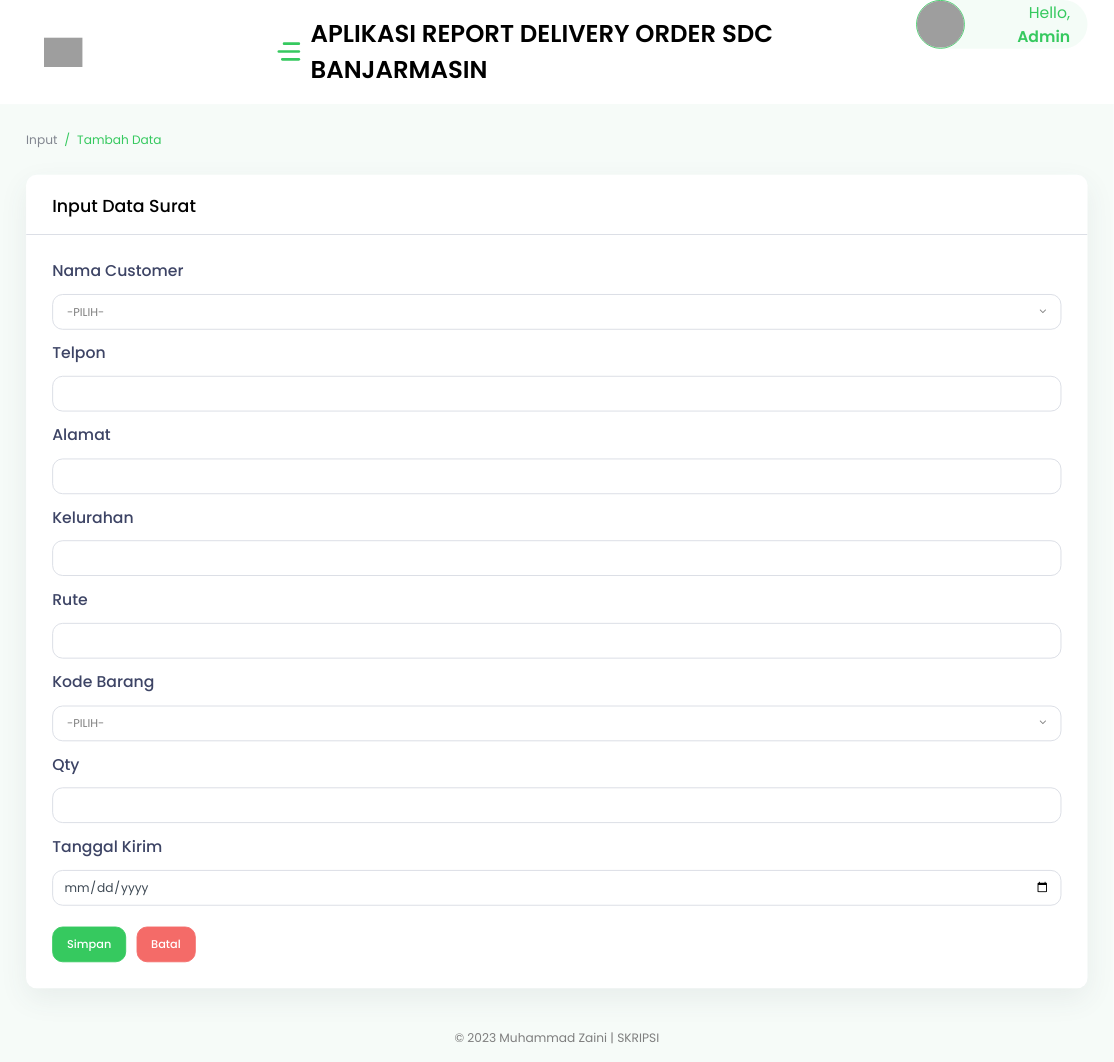
Repository: muhammadzainiy31/skripsi
Page: http://localhost/surat/input.php
These files come from the project's save history. The page is drawn as it stood at one moment and after the next save; the edit follows.
The browser window is 1280 px wide. The pictures show the whole page, at 87% of full size.
Pictures or frames that could not be fetched are drawn as grey boxes. The page is run by PHP 8.4 with error messages shown; the project is at /var/www/html/. Other server files are loaded and not shown. The database holds what the project's SQL file puts in it.

Above is the page before, as saved 2023-07-02 11:39:44.
Console error: SyntaxError: Unexpected token '<'

### surat/input.php
<!DOCTYPE html>
<html lang="en">

<head>
    <meta charset="utf-8">
    <meta http-equiv="X-UA-Compatible" content="IE=edge">
    <meta name="viewport" content="width=device-width,initial-scale=1">
    <title>APPLIKASI REPORT DELIVERY ORDER | INPUT DATA</title>
    <!-- Favicon icon -->
    <link rel="icon" type="image/png" sizes="16x16" href="../images/2.png">
    <!-- Custom Stylesheet -->
    <link href="../vendor/bootstrap-select/dist/css/bootstrap-select.min.css" rel="stylesheet">
    <link href="../css/style.css" rel="stylesheet">
</head>

<body>
    <!-- Preloader start -->
    <div id="preloader">
        <div class="sk-three-bounce">
            <div class="sk-child sk-bounce1"></div>
            <div class="sk-child sk-bounce2"></div>
            <div class="sk-child sk-bounce3"></div>
        </div>
    </div>
    <!-- Preloader end -->

    <!-- Main wrapper start -->
    <div id="main-wrapper">
        <?php include "../theme-header.php"; ?>
        <?php include "../theme-sidebar.php"; ?>

        <!-- Content body start -->
        <div class="content-body">
            <div class="container-fluid">
                <div class="page-titles">
                    <ol class="breadcrumb">
                        <li class="breadcrumb-item"><a href="index.php">Input</a></li>
                        <li class="breadcrumb-item active"><a href="javascript:void(0)">Tambah Data</a></li>
                    </ol>
                </div>
                <!-- row -->
                <div class="row">
                    <div class="col-xl-12 col-lg-12">
                        <div class="card">
                            <div class="card-header">
                                <h4 class="card-title">Input Data Surat</h4>
                            </div>
                            <div class="card-body">
                                <div class="basic-form">
                                    <form method="POST" action="" enctype="multipart/form-data">
                                        <div class="form-group">
                                            <h4><label for="nm_cust">Nama Customer</label></h4>
                                            <select name="nm_cust" id="nm_cust" class="form-control" required>
                                                <option value="">-PILIH-</option>
                                                <?php
                                                include "../koneksi.php";
                                                $ambilData = mysqli_query($conn, "SELECT * FROM tb_customer") or die(mysqli_error($conn));
                                                while ($hasil = mysqli_fetch_array($ambilData)) {
                                                    echo '<option value="' . $hasil['nama_cust'] . '">' . $hasil['nama_cust'] . '</option>';
                                                }
                                                ?>
                                            </select>
                                        </div>

                                        <div class="form-group">
                                            <h4><label for="no_telpon">Telpon</label></h4>
                                            <input type="text" class="form-control input-default" name="no_telpon" id="no_telpon" readonly>
                                        </div>

                                        <script>
                                            // Fungsi untuk melakukan autofill pada no_telpon dan alamat_cust
                                            function autofill() {
                                                var nm_cust = document.getElementById("nm_cust").value;
                                                <?php
                                                $ambilData = mysqli_query($conn, "SELECT * FROM tb_customer") or die(mysqli_error($conn));
                                                while ($hasil = mysqli_fetch_array($ambilData)) {
                                                    echo "if (nm_cust === '" . $hasil['nama_cust'] . "') {";
                                                    echo "document.getElementById('no_telpon').value = '" . $hasil['no_telpon'] . "';";
                                                    echo "document.getElementById('alamat_cust').value = '" . $hasil['alamat_cust'] . "';";
                                                    echo "document.getElementById('kelurahan').value = '" . $hasil['kelurahan'] . "';";
                                                    echo "document.getElementById('rute').value = '" . $hasil['rute'] . "';";
                                                    echo "}";
                                                }
                                                ?>
                                            }

                                            // Panggil fungsi autofill saat combo box berubah
                                            document.getElementById("nm_cust").addEventListener("change", autofill);
                                        </script>

                                        <div class="form-group">
                                            <h4><label for="alamat_cust">Alamat</label></h4>
                                            <input type="text" class="form-control input-default" name="alamat_cust" id="alamat_cust" readonly>
                                        </div>

                                        <div class="form-group">
                                            <h4><label for="kelurahan">Kelurahan</label></h4>
                                            <input type="text" class="form-control input-default" name="kelurahan" id="kelurahan" readonly>
                                        </div>

                                        <div class="form-group">
                                            <h4><label for="rute">Rute</label></h4>
                                            <input type="text" class="form-control input-default" name="rute" id="rute" readonly>
                                        </div>

                                        <div class="form-group">
    <h4><label for="kode">Kode Barang</label></h4>
    <select name="kode" id="kode" class="form-control" required>
        <option value="">-PILIH-</option>
        <?php
        $ambilData = mysqli_query($conn, "SELECT * FROM tb_barang") or die(mysqli_error($conn));
        while ($hasil = mysqli_fetch_array($ambilData)) {
            echo '<option value="' . $hasil['kode'] . '">' . $hasil['kode'] . ' - ' . $hasil['nama_brg'] . '</option>';
        }
        ?>
    </select>
</div>

<script>
    // Fungsi untuk melakukan autofill pada nmbrg
    function autofillBrg() {
        var kode_brg = document.getElementById("kode").value;
        <?php
        $ambilData = mysqli_query($conn, "SELECT * FROM tb_barang") or die(mysqli_error($conn));
        while ($hasil = mysqli_fetch_array($ambilData)) {
            echo "if (kode_brg === '" . $hasil['kode'] . "') {";
            echo "document.getElementById('nmbrg').value = '" . $hasil['nama_brg'] . "';";
            echo "}";
        }
        ?>
    }

    // Panggil fungsi autofill saat combo box berubah
    document.getElementById("kode").addEventListener("change", autofillBrg);
</script>


                                        <div class="form-group">
                                            <h4><label for="qty">Qty</label></h4>
                                            <input type="number" class="form-control input-default" name="qty" id="qty" min="1" required>
                                        </div>

                                        <div class="form-group">
                                            <h4><label for="tanggal_kirim">Tanggal Kirim</label></h4>
                                            <input type="date" class="form-control input-default" name="tanggal_kirim" placeholder="Masukkan Tanggal Kirim">
                                        </div>

                                        <div class="mt-4"></div>
                                        <button class="btn btn-primary mr-2" name="simpan">Simpan</button>
                                        <a href="index.php" class="btn btn-danger">Batal</a>
                                    </form>
                                </div>
                            </div>
                        </div>
                    </div>
                </div>
            </div>
        </div>
        <!-- Content body end -->

        <?php include "../theme-footer.php"; ?>
    </div>
    <!-- Main wrapper end -->

    <!-- Scripts -->
    <!-- Required vendors -->
    <script src="../vendor/global/global.min.js"></script>
    <script src="../vendor/bootstrap-select/dist/js/bootstrap-select.min.js"></script>
    <script src="../js/custom.min.js"></script>
    <script src="../js/deznav-init.js"></script>
</body>

</html>

<?php
include "../koneksi.php";
if (isset($_POST['simpan'])) {
    $id_surat = $_POST['id_surat'];
    $nm_cust = $_POST['nm_cust'];
    $no_telpon = $_POST['no_telpon'];
    $alamat_cust = $_POST['alamat_cust'];
    $kelurahan = $_POST['kelurahan'];
    $rute = $_POST['rute'];
    $input = "INSERT INTO tb_surat (id_surat, nm_cust, no_telpon, alamat_cust, kelurahan, rute) VALUES ('$id_surat, $nm_cust', '$no_telpon', '$alamat_cust', '$kelurahan', '$rute')";

    echo "<div align='center'><h5> Silahkan Tunggu, Data Sedang Disimpan....</h5></div>";
    echo "<meta http-equiv='refresh' content='1;url=http://localhost/RDO/surat/index.php'>";
}
?>

### theme-header.php
<!--**********************************
    Nav header start
***********************************-->
<div class="nav-header">
    <a href="index.html" class="brand-logo">
        <img class="logo-abbr" src="../images/2.png" alt="">
    </a>

    <div class="nav-control">
        <div class="hamburger">
            <span class="line"></span><span class="line"></span><span class="line"></span>
        </div>
    </div>
</div>

<!--**********************************
    Header start
***********************************-->
<div class="header">
    <div class="header-content">
        <nav class="navbar navbar-expand">
            <div class="collapse navbar-collapse justify-content-between">
                <div class="header-left">
                    <div class="dashboard_bar">
                        APLIKASI REPORT DELIVERY ORDER SDC BANJARMASIN
                    </div>
                </div>
                <div class="header-right">
                    <ul class="navbar-nav">
                        <li class="nav-item dropdown header-profile">
                            <a class="nav-link" href="javascript:;" role="button" data-toggle="dropdown">
                                <img src="../images/profile/12.png" width="100" alt="">
                                <div class="header-info">
                                    <span>Hello, <strong>Admin</strong></span>
                                </div>
                            </a>
                            <div class="dropdown-menu dropdown-menu-right">
                                <a href="../app-profile.html" class="dropdown-item ai-icon">
                                    <svg id="icon-user1" xmlns="http://www.w3.org/2000/svg" class="text-primary" width="18" height="18" viewBox="0 0 24 24" fill="none" stroke="currentColor" stroke-width="2" stroke-linecap="round" stroke-linejoin="round">
                                        <path d="M20 21v-2a4 4 0 0 0-4-4H8a4 4 0 0 0-4 4v2"></path>
                                        <circle cx="12" cy="7" r="4"></circle>
                                    </svg>
                                    <span class="ml-2">Profile</span>
                                </a>
                                <a href="../index.php" class="dropdown-item ai-icon">
                                    <svg id="icon-logout" xmlns="http://www.w3.org/2000/svg" class="text-danger" width="18" height="18" viewBox="0 0 24 24" fill="none" stroke="currentColor" stroke-width="2" stroke-linecap="round" stroke-linejoin="round">
                                        <path d="M9 21H5a2 2 0 0 1-2-2V5a2 2 0 0 1 2-2h4"></path>
                                        <polyline points="16 17 21 12 16 7"></polyline>
                                        <line x1="21" y1="12" x2="9" y2="12"></line>
                                    </svg>
                                    <span class="ml-2">Logout</span>
                                </a>
                            </div>
                        </li>
                    </ul>
                </div>
            </div>
        </nav>
    </div>
</div>
<!--**********************************
    Header end
***********************************-->

### theme-sidebar.php
<!--**********************************
    Sidebar start
***********************************-->
<div class="deznav">
    <div class="deznav-scroll">
        <ul class="metismenu" id="menu">
            <li>
                <a class="has-arrow ai-icon" href="javascript:void()" aria-expanded="false">
                    <i class="flaticon-381-network"></i>
                    <span class="nav-text">DATA</span>
                </a>
                <ul aria-expanded="false">
                    <li><a href="../rdo/index.php">RDO</a></li>
                    <li><a href="../surat/index.php">Surat</a></li>
                    <li><a href="../pengiriman/index.php">Pengiriman</a></li>
                    <li><a href="../customer/index.php">Customer</a></li>
                    <li><a href="../barang/index.php">Barang</a></li>
                    <li><a href="../driver/index.php">Driver</a></li>
                    <li><a href="../armada/index.php">Armada</a></li>
                </ul>
            </li>
            <li>
                <a class="has-arrow ai-icon" href="javascript:void()" aria-expanded="false">
                    <i class="flaticon-381-notepad"></i>
                    <span class="nav-text">INPUT</span>
                </a>
                <ul aria-expanded="false">
                    <li><a href="../surat/input.php">Surat</a></li>
                    <li><a href="../customer/input.php">Customer</a></li>
                    <li><a href="../barang/input.php">Barang</a></li>
                    <li><a href="../driver/input.php">Driver</a></li>
                    <li><a href="../armada/input.php">Armada</a></li>
                    <li><a href="../lap_riw_servis_mobil/input.php">Servis Armada</a></li>
                </ul>
            </li>
            <li><li>
    <a class="has-arrow ai-icon" href="javascript:void()" aria-expanded="false">
        <i class="flaticon-381-network"></i>
        <span class="nav-text">LAPORAN</span>
    </a>
    <ul aria-expanded="false">
        <li><a href="../pengiriman/index.php">Pengiriman</a></li>
        <li><a href="../lap_surat_jalan/index.php">Surat Jalan</a></li>
        <li><a href="../lap_barang_laris/index.php">Barang Terlaris</a></li>
        <li><a href="../lap_minim_barang_stok/index.php">Barang Minim stok</a></li>
        <li><a href="../lap_berlaku_sim/index.php">Berlaku SIM Driver</a></li>
        <li><a href="../lap_cust_berdasarkan_wil/index.php">Customer berdasarkan Wilayah</a></li>
        <li><a href="../lap_cust_royal/index.php">Customer Paling Royal</a></li>
        <li><a href="../lap_jarak_tempuh/index.php">Jarak Tempuh Armada</a></li>
        <li><a href="../lap_riw_pengiriman_driver/index.php">Riwayat Pengiriman Driver</a></li>
        <li><a href="../lap_riw_servis_mobil/index.php">Riwayat Servis Armada</a></li>
        <li><a href="../rekap_pengiriman_driver/index.php">Rekap Pengiriman Driver</a></li>
    </ul>
</li>

        </ul>

        <div class="deznav-footer">
            <p>&copy; Muhammad Zaini 2023 | SKRIPSI</p>
        </div>
    </div>
</div>
<!--**********************************
    Sidebar end
***********************************-->

### koneksi.php
<?php
$conn = mysqli_connect ("localhost", "root","","db_report_delivery_order");
date_default_timezone_set("Asia/Singapore");

### theme-footer.php
<!-- **********************************
Footer start
*********************************** -->
<footer class="footer">
    <div class="copyright">
        <p>&copy; 2023 Muhammad Zaini | SKRIPSI</p>
    </div>
</footer>
<!-- **********************************
Footer end
*********************************** -->

### db_report_delivery_order.sql (the tables this page reads)
CREATE TABLE `tb_barang` (
  `kode_brg` int(11) NOT NULL,
  `nama_brg` varchar(100) NOT NULL,
  `departemen` enum('KAMAR TIDUR','DAPUR DAN RUANG MAKAN','RUANG TAMU','RUANG KERJA','') NOT NULL,
  `restok` int(11) NOT NULL,
  `jumlah_brg` varchar(200) NOT NULL
) ENGINE=InnoDB DEFAULT CHARSET=utf8mb4 COLLATE=utf8mb4_general_ci;

INSERT INTO `tb_barang` (`kode_brg`, `nama_brg`, `departemen`, `restok`, `jumlah_brg`) VALUES
(114, 'Barang 1', 'KAMAR TIDUR', 10, '50'),
(115, 'Barang 2', 'RUANG TAMU', 5, '20'),
(116, 'Barang 3', 'DAPUR DAN RUANG MAKAN', 15, '10'),
(117, 'Barang 4', 'RUANG TAMU', 8, '5'),
(118, 'Barang 5', 'RUANG KERJA', 12, '100'),
(119, 'Barang 6', 'RUANG TAMU', 3, '10'),
(120, 'Barang 7', 'DAPUR DAN RUANG MAKAN', 20, '160'),
(121, 'Barang 8', 'KAMAR TIDUR', 7, '25'),
(122, 'Barang 9', 'DAPUR DAN RUANG MAKAN', 9, '40'),
(123, 'Barang 10', 'DAPUR DAN RUANG MAKAN', 6, '18'),
(128, 'ada', 'DAPUR DAN RUANG MAKAN', 5, '');

ALTER TABLE `tb_barang`
  ADD PRIMARY KEY (`kode_brg`);

ALTER TABLE `tb_barang`
  MODIFY `kode_brg` int(11) NOT NULL AUTO_INCREMENT, AUTO_INCREMENT=129;

CREATE TABLE `tb_customer` (
  `id_cust` int(11) NOT NULL,
  `nama_cust` varchar(100) NOT NULL,
  `no_telpon` text NOT NULL,
  `alamat_cust` varchar(100) NOT NULL,
  `kelurahan` text NOT NULL,
  `rute` text NOT NULL,
  `transaksi` int(11) NOT NULL
) ENGINE=InnoDB DEFAULT CHARSET=utf8mb4 COLLATE=utf8mb4_general_ci;

INSERT INTO `tb_customer` (`id_cust`, `nama_cust`, `no_telpon`, `alamat_cust`, `kelurahan`, `rute`, `transaksi`) VALUES
(2012, 'Bima', '08125052542', 'JL.KAYU TANGIs', 'kayu tangi', 'BJM', 5),
(2014, 'Dani', '08123456789', 'banjarmasin', 'Pekauman', 'BJM', 6),
(2015, 'Dono', '081298765433', 'Banjarbaru', 'kemuning', 'BJB', 2),
(2016, 'BUDI', '081234567891', 'BJM', 'ass', 'BJM', 1),
(2017, 'sule', '081234567893', 'BJB', 'sekumpul', 'BJB', 1),
(2018, 'japri', '08125056541', 'BJM', 'sekumpul', 'BJB', 1),
(2021, 'paman', '081234567893', 'JL.KAYU TANGI', 'kayu tangi', 'BJM', 2),
(2022, '-ANDRE', '08784615461', 'gambut', 'banjar', 'BJM', 3);

ALTER TABLE `tb_customer`
  ADD PRIMARY KEY (`id_cust`);

ALTER TABLE `tb_customer`
  MODIFY `id_cust` int(11) NOT NULL AUTO_INCREMENT, AUTO_INCREMENT=2023;

Loaded but not shown: css/style.css (library); js/custom.min.js (library); js/deznav-init.js (common file); icons/font-awesome-old/css/font-awesome.min.css (library); icons/material-design-iconic-font/css/materialdesignicons.min.css (library); icons/themify-icons/css/themify-icons.css (common file); icons/line-awesome/css/line-awesome.min.css (library); icons/flaticon/flaticon.css (common file); icons/icomoon/icomoon.css (common file); icons/simple-line-icons/css/simple-line-icons.css (754 lines, source omitted); icons/avasta/css/style.css (547 lines, source omitted)

After the next save:
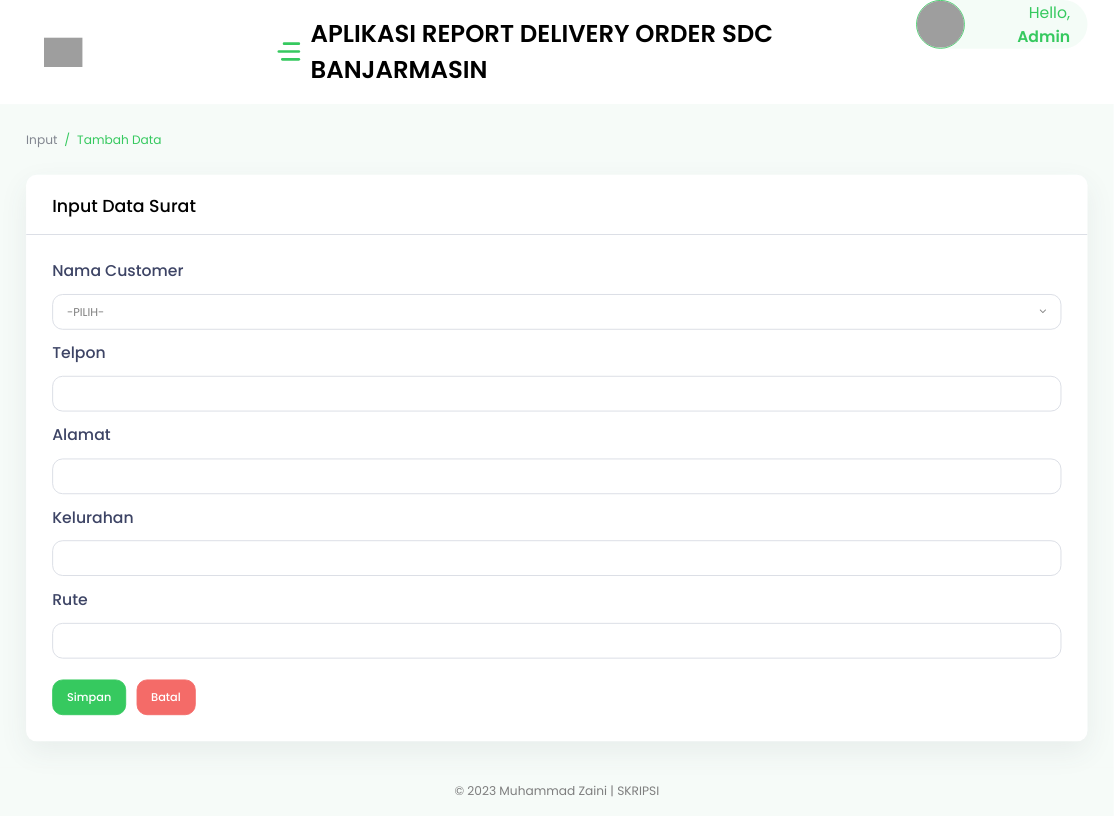
The error is gone.
Saved 10 s later.
--- a/surat/input.php
+++ b/surat/input.php
@@ -102,49 +102,6 @@
                                             <h4><label for="rute">Rute</label></h4>
                                             <input type="text" class="form-control input-default" name="rute" id="rute" readonly>
                                         </div>
-
-                                        <div class="form-group">
-    <h4><label for="kode">Kode Barang</label></h4>
-    <select name="kode" id="kode" class="form-control" required>
-        <option value="">-PILIH-</option>
-        <?php
-        $ambilData = mysqli_query($conn, "SELECT * FROM tb_barang") or die(mysqli_error($conn));
-        while ($hasil = mysqli_fetch_array($ambilData)) {
-            echo '<option value="' . $hasil['kode'] . '">' . $hasil['kode'] . ' - ' . $hasil['nama_brg'] . '</option>';
-        }
-        ?>
-    </select>
-</div>
-
-<script>
-    // Fungsi untuk melakukan autofill pada nmbrg
-    function autofillBrg() {
-        var kode_brg = document.getElementById("kode").value;
-        <?php
-        $ambilData = mysqli_query($conn, "SELECT * FROM tb_barang") or die(mysqli_error($conn));
-        while ($hasil = mysqli_fetch_array($ambilData)) {
-            echo "if (kode_brg === '" . $hasil['kode'] . "') {";
-            echo "document.getElementById('nmbrg').value = '" . $hasil['nama_brg'] . "';";
-            echo "}";
-        }
-        ?>
-    }
-
-    // Panggil fungsi autofill saat combo box berubah
-    document.getElementById("kode").addEventListener("change", autofillBrg);
-</script>
-
-
-                                        <div class="form-group">
-                                            <h4><label for="qty">Qty</label></h4>
-                                            <input type="number" class="form-control input-default" name="qty" id="qty" min="1" required>
-                                        </div>
-
-                                        <div class="form-group">
-                                            <h4><label for="tanggal_kirim">Tanggal Kirim</label></h4>
-                                            <input type="date" class="form-control input-default" name="tanggal_kirim" placeholder="Masukkan Tanggal Kirim">
-                                        </div>
-
                                         <div class="mt-4"></div>
                                         <button class="btn btn-primary mr-2" name="simpan">Simpan</button>
                                         <a href="index.php" class="btn btn-danger">Batal</a>
